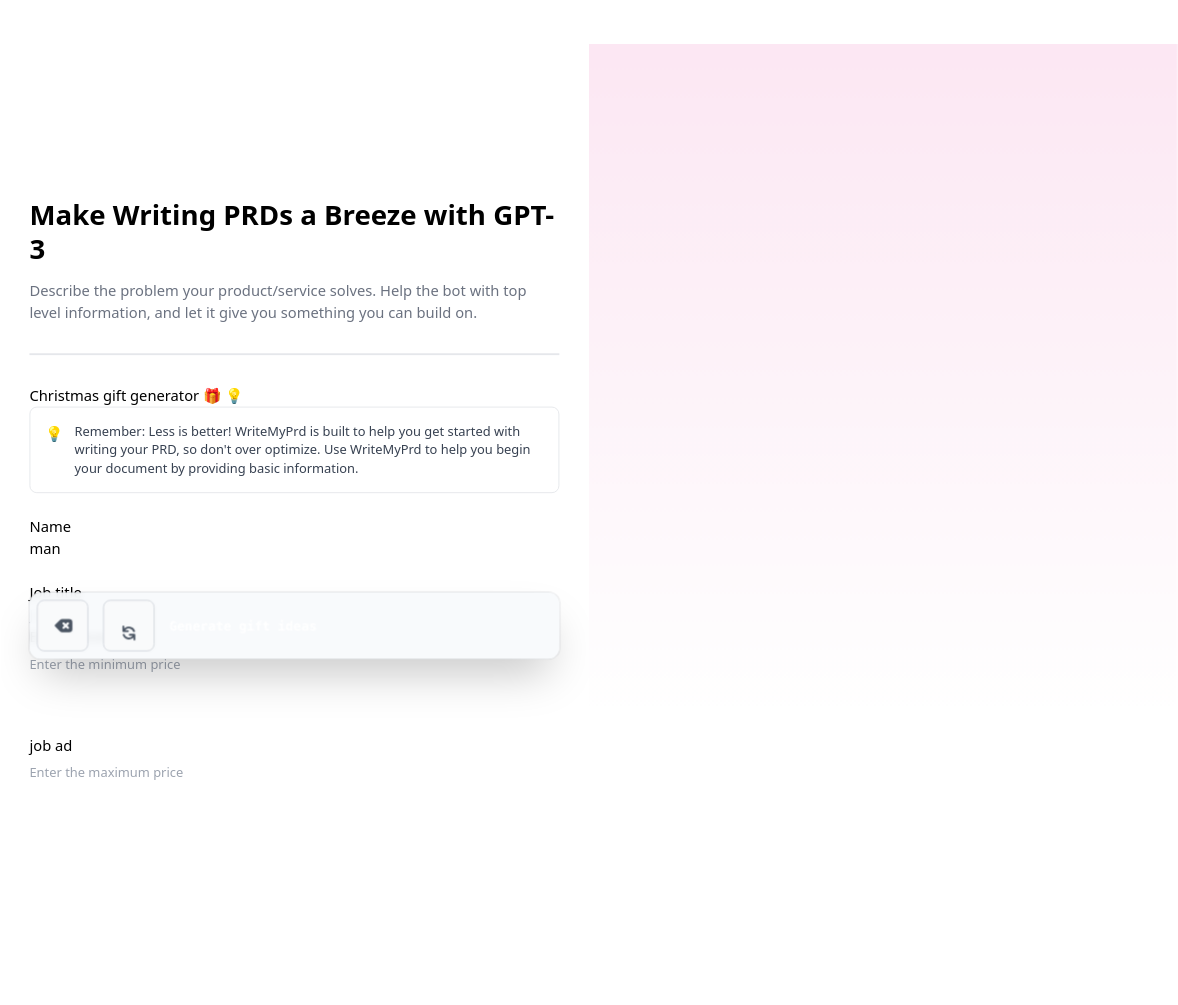
Repository: hamza-mastar/chatgpt-jpbad
Page: /
An editor plug-in stored every save of this project. The page is shown before and after the next save, followed by the edit.
The browser window is 1280 px wide. The pictures show the whole page, at 92% of full size.
The project was rebuilt for these pictures with package versions that can differ from the ones it lists, and the page was loaded fresh each time. The framework's server and built-in components were replaced by stand-ins that run in the browser.

Above is the page before, as saved 2023-01-30 04:45:42.

### pages/_app.js
import 'tailwindcss/tailwind.css'

import '../styles/globals.css'

export default function MyApp({ Component, pageProps }) {
  return <Component {...pageProps} />
}

### pages/index.js
import Head from 'next/head';
import React from 'react';
import { useState } from 'react';

import styles from './index.module.css';


// import './gifts.css'




export default function Home() {
  const [name, setName] = useState('man');
  const [job_title, setJob_title] = useState("");
  const [experience, setExperience] = useState("");
  const [job_ad, setJob_ad] = useState("");

  const [loading, setLoading] = useState(false);

  const [result, setResult] = useState('');

  async function onSubmit(event) {
    event.preventDefault();
    if (loading) {
      return;
    }
    setLoading(true);
    setResult('hamza');
    const response = await fetch('/api/generate-gifts', {
      method: 'POST',
      headers: {
        'Content-Type': 'application/json',
      },
      body: JSON.stringify({ name, job_title, experience, job_ad}),
    });
    const data = await response.json();
    setResult(data.result.replaceAll('\n', '<br />'));
    setLoading(false);
  }


  return (
    <>



    <dody class="h-full px-5 sm:px-6">
      <div class="flex relative sm:flex-col md: flex-col">

      <Head>
        <title>OpenAI Quickstart</title>
        <link rel="icon" href="/dog.png" />
      </Head>

      <main className={styles.main}>
     <div class="min-h-screen w-full lg:w-1/2 relative">
    <div class="h-full px-5 sm:px-6">
      <div class="h-full w-full max-w-xl mx-auto flex flex-col after:mt-auto after:flex-1">
        <header class="sm:flex-1 flex mb-auto sm:py-10 pt-6 items-center sm:justify-between flex-col sm:flex-row" >
          <div class="flex items-center justify-between h-24 md:h-20"> </div>

            {/* logo icone login  */}
            </header>
            <div class="flex-1 py-8">
           <div  class="mb-4" >
           <h1 class="text-3xl font-bold font-inter mb-2"> Make Writing PRDs a Breeze with GPT-3 </h1>
           <div class="text-gray-500 mt-4 mb-6"> Describe the problem your product/service solves. Help the bot with top level information, and let it give you something you can build on. </div>
           <div class="divide-y divide-gray-200 my-8 relative border"></div>





        <h3  >Christmas gift generator 🎁 💡</h3>
        <form  onSubmit={onSubmit} class="mb-12 relative">
        <div class="rounded-lg bg-white border p-4"><div class="flex"><div class="flex-shrink-0">💡</div><div class="ml-3 flex-1 md:flex md:justify-between"><p class="text-sm text-gray-700 font-medium"> Remember: Less is better! WriteMyPrd is built to help you get started with writing your PRD, so don't over optimize. Use WriteMyPrd to help you begin your document by providing basic information. </p></div></div></div>
        <div>
          <div class="py-6">
          <label >Name</label>
          <input class="form-input w-full"
            type="text"
            name="name"
            placeholder="Enter the Name"
            value={name}
            onChange={(e) => setName(e.target.value)}
          />
          </div>


          <label>Job title</label>
          <input class="form-input w-full"
            type="text"
            name="job_title"
            placeholder="Job title"
            value={job_title}
            onChange={(e) => setJob_title(e.target.value)}
          />

          <label>Experience </label>
          <textarea class="form-textarea text-sm pt-2 w-full resize-none" rows="4"
          type="textarea"
          name="experience"
          placeholder="Enter the minimum price"
          value={experience}
          onChange={(e) => setExperience(e.target.value)} >

            </textarea>

          <label> job ad</label>
          <textarea class="form-textarea text-sm pt-2 w-full resize-none" rows="4"
            type="text"
            name="job_ad"
            placeholder="Enter the maximum price"
            value={job_ad}
            onChange={(e) => setJob_ad(e.target.value)}
          ></textarea>


          <div class="sticky bottom-1 left-0 right-0 px-2 py-2 font-semibold text-sm text-slate-900 bg-slate-50/90 backdrop-blur-sm ring-1 ring-slate-900/10 space-x-4 rounded-xl shadow-2xl">
            <div class="flex gap-4 text-white text-sm font-bold font-mono leading-6 bg-stripes-indigo rounded-lg">
            <button id="clearAll" class="p-4 w-14 h-14 flex-none rounded-lg flex items-center justify-center bg-gray-50 border border-gray-300 text-gray-600 hover:bg-gray-100"><div tooltip="Clear All" position="top" class="w-full" data-v-47bc123b=""><svg class="w-6 h-6" fill="currentColor" viewBox="0 0 20 20" xmlns="http://www.w3.org/2000/svg"><path fill-rule="evenodd" d="M6.707 4.879A3 3 0 018.828 4H15a3 3 0 013 3v6a3 3 0 01-3 3H8.828a3 3 0 01-2.12-.879l-4.415-4.414a1 1 0 010-1.414l4.414-4.414zm4 2.414a1 1 0 00-1.414 1.414L10.586 10l-1.293 1.293a1 1 0 101.414 1.414L12 11.414l1.293 1.293a1 1 0 001.414-1.414L13.414 10l1.293-1.293a1 1 0 00-1.414-1.414L12 8.586l-1.293-1.293z" clip-rule="evenodd"></path></svg></div></button>
            <button id="re-generate-prd" class="w-14 h-14 flex-none rounded-lg flex items-center justify-center bg-gray-50 border border-gray-300 text-gray-600 hover:bg-gray-100"><div tooltip="Re-generate PRD" position="top" class="w-full" data-v-47bc123b=""><svg class="w-full mt-[30%] h-5 text-gray-600 mr-1" fill="currentColor" viewBox="0 0 20 20" xmlns="http://www.w3.org/2000/svg"><path fill-rule="evenodd" d="M4 2a1 1 0 011 1v2.101a7.002 7.002 0 0111.601 2.566 1 1 0 11-1.885.666A5.002 5.002 0 005.999 7H9a1 1 0 010 2H4a1 1 0 01-1-1V3a1 1 0 011-1zm.008 9.057a1 1 0 011.276.61A5.002 5.002 0 0014.001 13H11a1 1 0 110-2h5a1 1 0 011 1v5a1 1 0 11-2 0v-2.101a7.002 7.002 0 01-11.601-2.566 1 1 0 01.61-1.276z" clip-rule="evenodd"></path></svg></div></button>
          <input type="submit" value="Generate gift ideas" />
          </div>
          </div>
          </div>
        </form>
        </div>
       </div>
        </div>
        </div>
          </div>

          {/* loging page ////////////////// */}

          <div class="relative lg:fixed right-0 bottom-0 lg:block lg:w-1/2 overflow-hidden sm:px-5 lg:h-full h-auto overflow-y-auto top-12">
            <div class="absolute inset-0 bg-gradient-to-b from-pink-100 to-white pointer-events-none -z-10" >
              {/* <div class="hidden md:block absolute right-0 pointer-events-none -z-10"> */}
                <div class="h-auto">
                {/* <div class="p-6 pb-0 h-[calc(100vh-6rem)]" > */}
                {/* <div class="form-textarea relative text-base w-full p-4 px-8 overflow-scroll h-[calc(100%-1rem)] shadow-2xl flex items-center justify-center" > */}
                {/* <div class="text-pink-600 font-mono text-left text-base font-semibold absolute top-4 left-4"> */}
        {loading && (
          <div>
            <h3>Looking for the best gift ideas 🎁 💡</h3>
            <img src="/loading.gif" className={styles.loading} />
          </div>



        )}
        <div class="is-typed pb-0 h-[calc(100vh-6rem)] form-textarea relative text-base w-full p-4 px-8 overflow-scroll   flex items-center justify-center "
          className={styles.result}
          dangerouslySetInnerHTML={{ __html: result }}


        />
        </div>
        </div>
        </div>
        {/* </div> */}
        {/* </div> */}
        {/* </div>
        </div> */}
      </main>
      </div>

      </dody>


    </>
  );
}
// Name Job_title Experience job_ad

### pages/index.module.css


@font-face {
  font-family: "ColfaxAI";
  src: url(https://cdn.openai.com/API/fonts/ColfaxAIRegular.woff2)
      format("woff2"),
    url(https://cdn.openai.com/API/fonts/ColfaxAIRegular.woff) format("woff");
  font-weight: normal;
  font-style: normal;
}
@font-face {
  font-family: "ColfaxAI";
  src: url(https://cdn.openai.com/API/fonts/ColfaxAIBold.woff2) format("woff2"),
    url(https://cdn.openai.com/API/fonts/ColfaxAIBold.woff) format("woff");
  font-weight: bold;
  font-style: normal;
}
/* .main,
.main input {
  font-size: 16px;
  line-height: 24px;
  color: #353740;
  font-family: "ColfaxAI", Helvetica, sans-serif;
}
.main {
  display: flex;
  flex-direction: column;
  align-items: center;
  padding-top: 60px;
}
.main .icon {
  width: 34px;
}
.main h3 {
  font-size: 32px;
  line-height: 40px;
  font-weight: bold;
  color: #202123;
  margin: 16px 0 40px;
}
.main form {
  display: flex;
  flex-direction: column;
  width: 320px;
}
.main input[type="text"] {
  padding: 12px 16px;
  border: 1px solid #10a37f;
  border-radius: 4px;
  margin-bottom: 24px;
  outline-color: #10a37f;
}
.main ::placeholder {
  color: #8e8ea0;
  opacity: 1;
}
.main input[type="submit"] {
  padding: 12px 0;
  color: #fff;
  background-color: #10a37f;
  border: none;
  border-radius: 4px;
  text-align: center;
  cursor: pointer;
}
.main .result {
  padding: 100px;
  font-weight: bold;
  margin-top: 40px;
  position:absolute;
  display: flex;
  justify-content: end;
} */

.main .loading {
  width: 50;
}

/* .main input[type="text"],
.main input[type="number"],
.main select {
  padding: 12px 16px;
  border: 1px solid #10a37f;
  border-radius: 4px;
  margin-bottom: 12px;
  margin-top: 4px;
}
.hamza {
  background-color: #10a37f;
} */






.relative {
  position: relative;
}

.nano {
  background-color: white;
  color: black;
  display: flex;
  overflow: scroll;
}

.form-textarea{
  border-width: 1px;
  --tw-border-opacity: 1;
  border-color: rgb(209 213 219 / var(--tw-border-opacity));
  --tw-bg-opacity: 1;
  background-color: rgb(255 255 255 / var(--tw-bg-opacity));
  height: 600px;
  width: 600px;
}

.texxt-base {
  font-size: 18px;
  line-height: 1.5;
  letter-spacing: -.01em;
  color: black

}
.typed {
  color: #1f2937;
  white-space: break-spaces;
  font-size: 100px;
}
@media only screen and (max-width: 600px) {
  .goho {
    width: auto;
    display: flex;
    justify-content:center ;

  }
}

Loaded but not shown: styles/globals.css (common file); tailwind.config.js (common file)

After the next save:
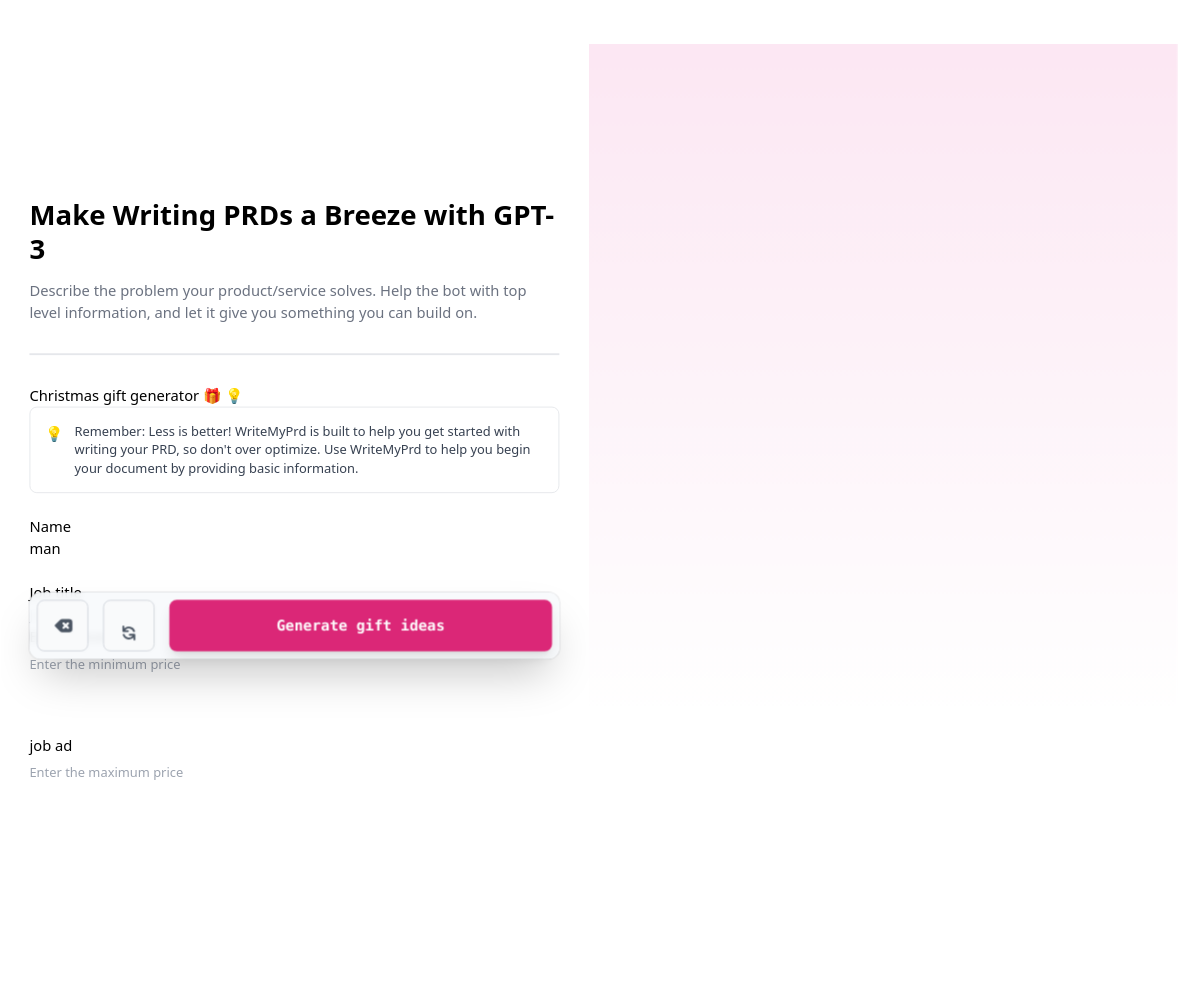
Saved 26 s later.
--- a/pages/index.js
+++ b/pages/index.js
@@ -121,7 +121,8 @@ export default function Home() {
             <div class="flex gap-4 text-white text-sm font-bold font-mono leading-6 bg-stripes-indigo rounded-lg">
             <button id="clearAll" class="p-4 w-14 h-14 flex-none rounded-lg flex items-center justify-center bg-gray-50 border border-gray-300 text-gray-600 hover:bg-gray-100"><div tooltip="Clear All" position="top" class="w-full" data-v-47bc123b=""><svg class="w-6 h-6" fill="currentColor" viewBox="0 0 20 20" xmlns="http://www.w3.org/2000/svg"><path fill-rule="evenodd" d="M6.707 4.879A3 3 0 018.828 4H15a3 3 0 013 3v6a3 3 0 01-3 3H8.828a3 3 0 01-2.12-.879l-4.415-4.414a1 1 0 010-1.414l4.414-4.414zm4 2.414a1 1 0 00-1.414 1.414L10.586 10l-1.293 1.293a1 1 0 101.414 1.414L12 11.414l1.293 1.293a1 1 0 001.414-1.414L13.414 10l1.293-1.293a1 1 0 00-1.414-1.414L12 8.586l-1.293-1.293z" clip-rule="evenodd"></path></svg></div></button>
             <button id="re-generate-prd" class="w-14 h-14 flex-none rounded-lg flex items-center justify-center bg-gray-50 border border-gray-300 text-gray-600 hover:bg-gray-100"><div tooltip="Re-generate PRD" position="top" class="w-full" data-v-47bc123b=""><svg class="w-full mt-[30%] h-5 text-gray-600 mr-1" fill="currentColor" viewBox="0 0 20 20" xmlns="http://www.w3.org/2000/svg"><path fill-rule="evenodd" d="M4 2a1 1 0 011 1v2.101a7.002 7.002 0 0111.601 2.566 1 1 0 11-1.885.666A5.002 5.002 0 005.999 7H9a1 1 0 010 2H4a1 1 0 01-1-1V3a1 1 0 011-1zm.008 9.057a1 1 0 011.276.61A5.002 5.002 0 0014.001 13H11a1 1 0 110-2h5a1 1 0 011 1v5a1 1 0 11-2 0v-2.101a7.002 7.002 0 01-11.601-2.566 1 1 0 01.61-1.276z" clip-rule="evenodd"></path></svg></div></button>
-          <input type="submit" value="Generate gift ideas" />
+
+          <input class="sm:p-4 p-3 pt-4 grow rounded-lg flex items-center justify-center bg-pink-600 hover:bg-pink-800 shadow-lg text-xs sm:text-base" type="submit" value="Generate gift ideas" />
           </div>
           </div>
           </div>
